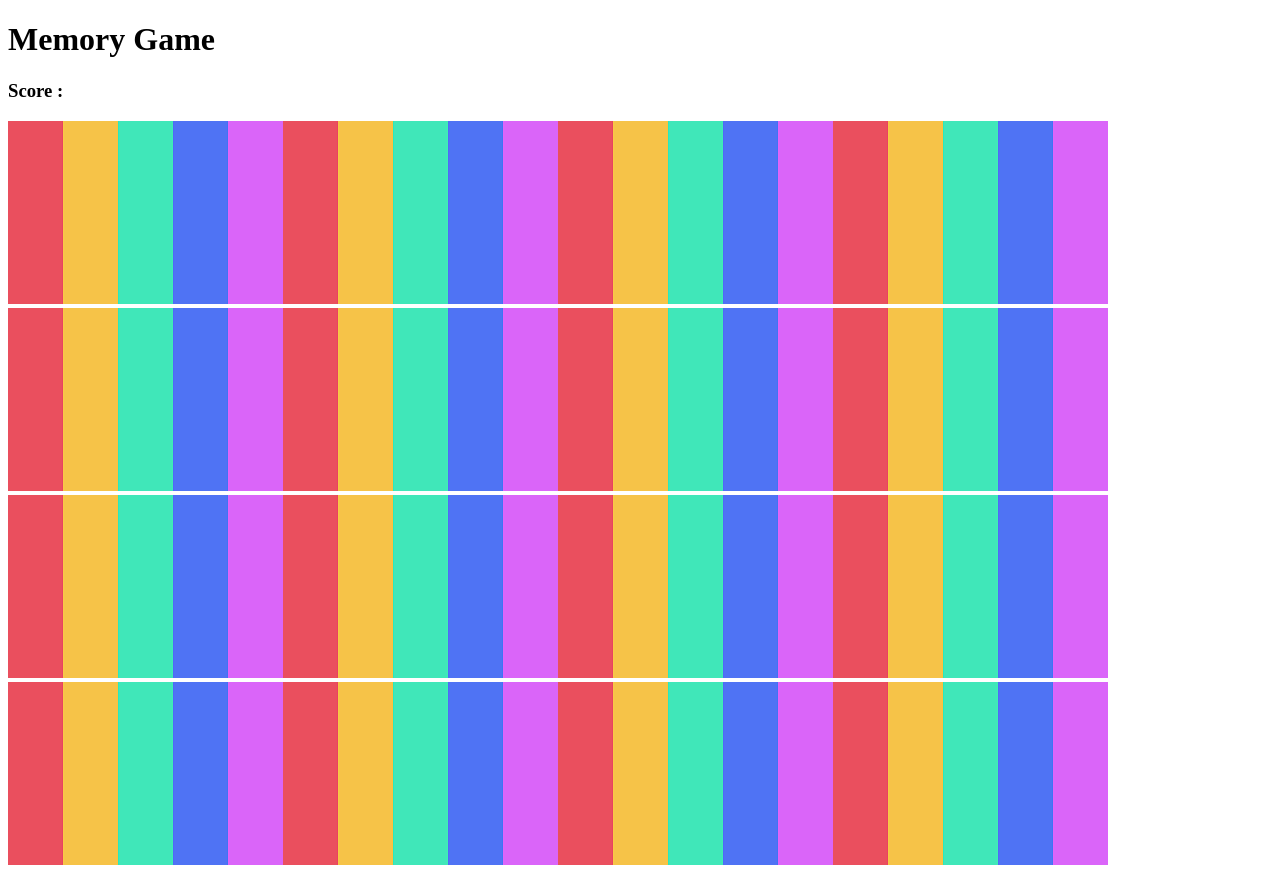
Repository: divyaravada/javascript-games
Page: memory-game/memorygame.html
An editor plug-in stored every save of this project. The page is shown before and after the next save, followed by the edit.
The browser window is 1280 px wide. The pictures show the whole page.

Above is the page before, as saved 2022-03-15 15:32:36.

### memory-game/memorygame.html
<!DOCTYPE html>
<html lang="en">
  <head>
    <meta charset="UTF-8" />
    <title>Memory Game</title>
    <link rel="stylesheet" href="./memorystyle.css" />
  </head>
  <body>
    <div>
      <h1>Memory Game</h1>
    </div>

    <div>
      <h3>Score : <span id="result"></span></h3>
    </div>

    <div id="grid"></div>

    <script src="./memory.js"></script>
  </body>
</html>

### memory-game/memory.js
const cardArray = [
  {
    name: "redcar",
    img: "images/redcar.png",
  },
  {
    name: "whitecar",
    img: "images/whitecar.png",
  },
  {
    name: "yellowcar",
    img: "images/yellowcar.jpg",
  },
  {
    name: "purplecar",
    img: "images/purplecar.png",
  },
  {
    name: "greencar",
    img: "images/greencar.png",
  },
  {
    name: "browncar",
    img: "images/browncar.png",
  },
  {
    name: "bluecar",
    img: "images/bluecar.jpg",
  },
  {
    name: "blackcar",
    img: "images/blackcar.png",
  },
  {
    name: "redcar",
    img: "images/redcar.png",
  },
  {
    name: "whitecar",
    img: "images/whitecar.png",
  },
  {
    name: "yellowcar",
    img: "images/yellowcar.jpg",
  },
  {
    name: "purplecar",
    img: "images/purplecar.png",
  },
  {
    name: "greencar",
    img: "images/greencar.png",
  },
  {
    name: "browncar",
    img: "images/browncar.png",
  },
  {
    name: "bluecar",
    img: "images/bluecar.jpg",
  },
  {
    name: "blackcar",
    img: "images/blackcar.png",
  },
];

cardArray.sort(() => 0.5 - Math.random());

const gridDisplay = document.querySelector("#grid");
const cardsChoosen = [];
const cardsChoosenIds = [];

function createBoard() {
  for (let i = 0; i < cardArray.length; i++) {
    const card = document.createElement("img");
    card.setAttribute("src", "images/rainbow.png");
    card.setAttribute("data-id", i);
    card.addEventListener("click", flipCard);
    gridDisplay.appendChild(card);
  }
}
createBoard();

function checkMatch() {
  const cards = document.querySelector("img");
  if (cardsChoosen[0] == cardsChoosen[1]) {
    alert("You found a match");
  }
  console.log("check for match");
}

function flipCard() {
  const cardId = this.getAttribute("data-id");
  cardsChoosen.push(cardArray[cardId].name);
  this.setAttribute("src", cardArray[cardId].img);
  if (cardsChoosen.length === 2) {
    setTimeout(checkMatch, 500);
  }
}

Loaded but not shown: memory-game/memorystyle.css (no stored copy; drawn as an empty file)

After the next save:
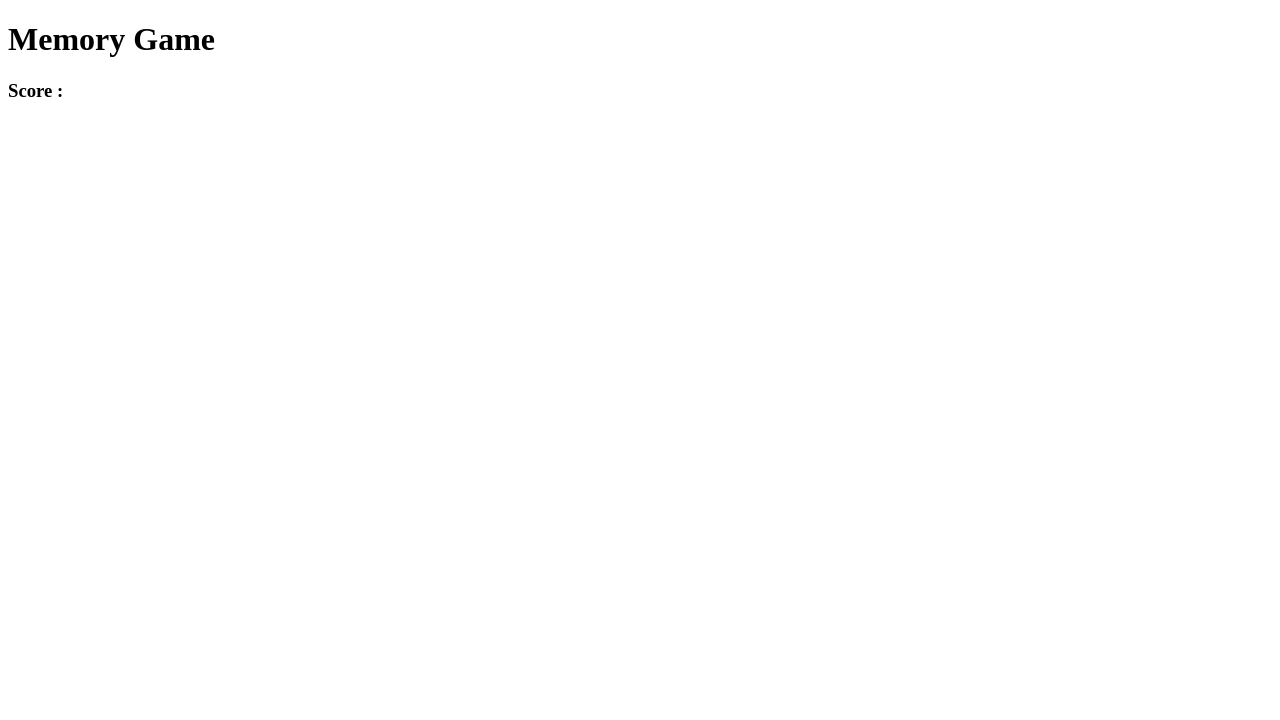
Console error: SyntaxError: Unexpected token ']'
Saved 22 s later.
--- a/memory-game/memory.js
+++ b/memory-game/memory.js
@@ -86,6 +86,7 @@
   const cards = document.querySelector("img");
   if (cardsChoosen[0] == cardsChoosen[1]) {
     alert("You found a match");
+    cards[]
   }
   console.log("check for match");
 }

After the 2 saves that followed:
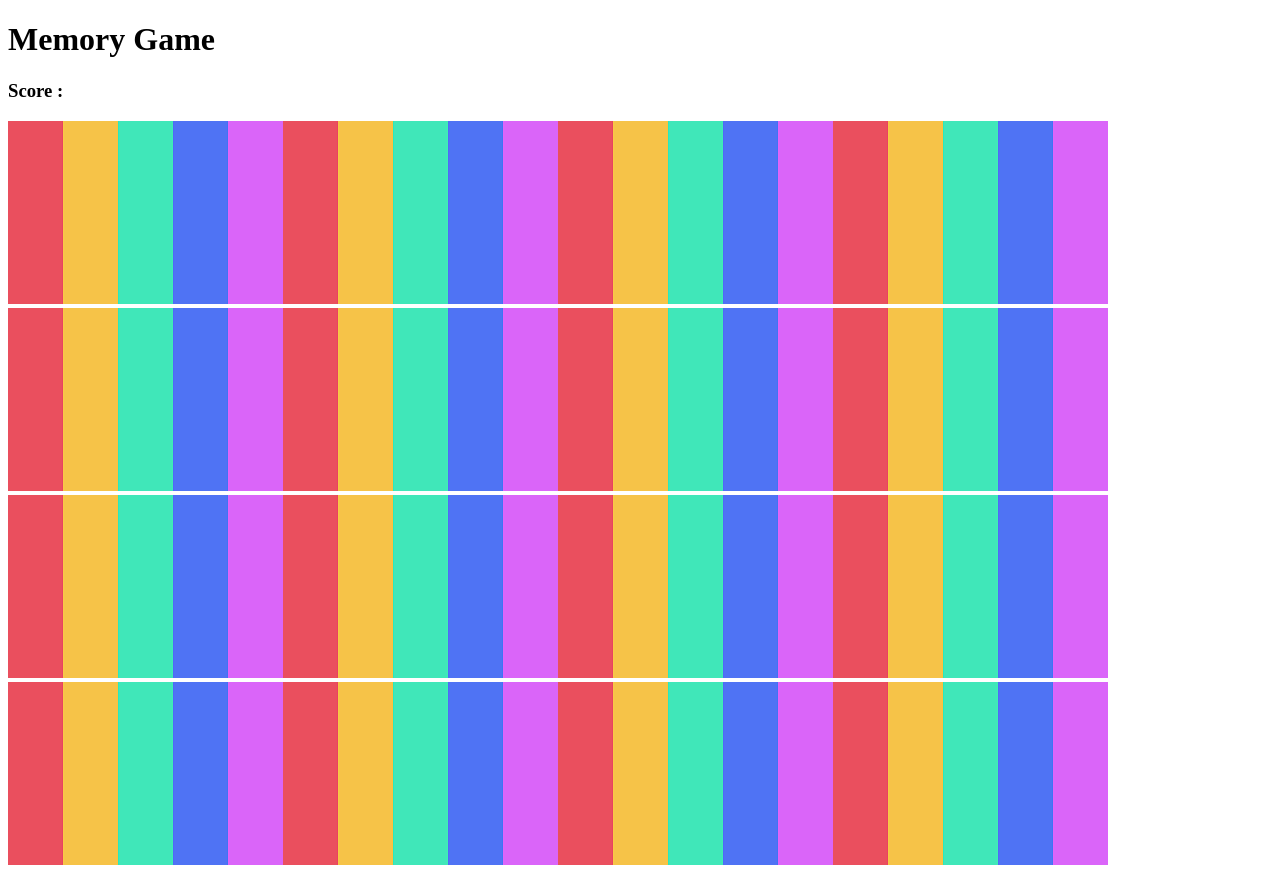
The error is gone.
The 2 saves are shown as one change because 1 left the picture as it was.
The last was saved 101 s later.
--- a/memory-game/memory.js
+++ b/memory-game/memory.js
@@ -86,7 +86,7 @@
   const cards = document.querySelector("img");
   if (cardsChoosen[0] == cardsChoosen[1]) {
     alert("You found a match");
-    cards[]
+    //  cards[]
   }
   console.log("check for match");
 }
@@ -94,6 +94,9 @@
 function flipCard() {
   const cardId = this.getAttribute("data-id");
   cardsChoosen.push(cardArray[cardId].name);
+  cardsChoosenIds.push(cardId);
+  console.log(cardsChoosen);
+  console.log(cardsChoosenIds);
   this.setAttribute("src", cardArray[cardId].img);
   if (cardsChoosen.length === 2) {
     setTimeout(checkMatch, 500);
